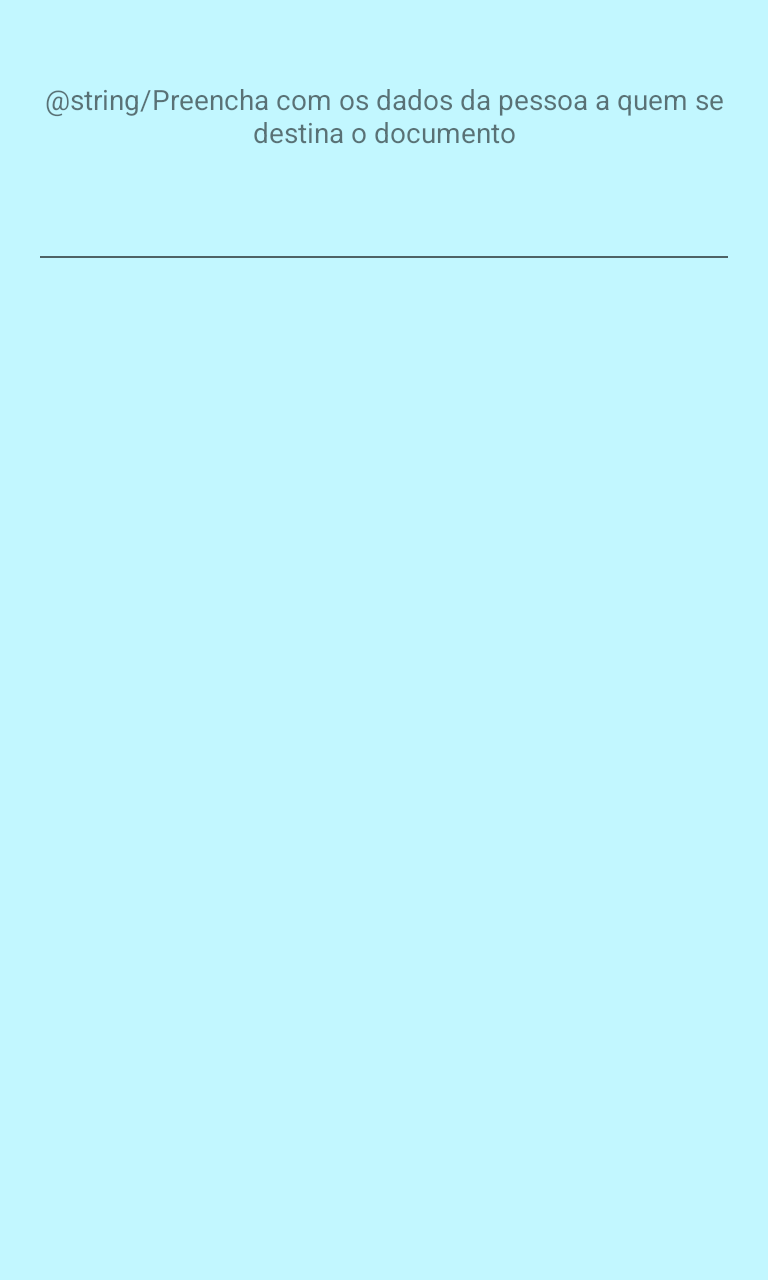
Repository: pdelfino/Projeto-livre
Layout: Protesto Livre/ProtestoLivre/res/layout/fragment_tela05.xml
The author's editor kept a copy of each file at every save. The layout is drawn from the files as they stood at one save, then again after the next save.
It is drawn on a 768 x 1280 px phone screen (xhdpi) without system bars, with theme AppTheme; the app's code is not run.

Above is the layout before, as saved 2014-05-29 00:04:41.

After the next save:
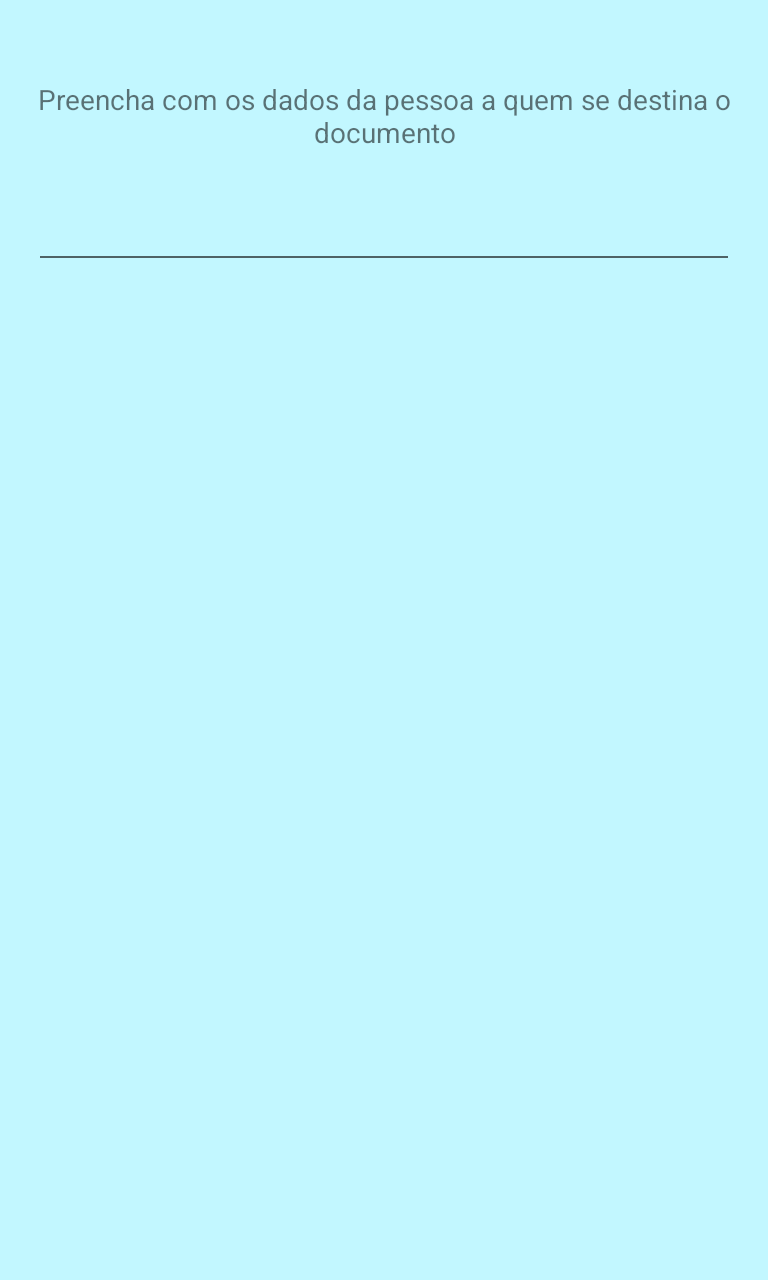
Saved 17 s later.
--- a/Protesto Livre/ProtestoLivre/res/layout/fragment_tela05.xml
+++ b/Protesto Livre/ProtestoLivre/res/layout/fragment_tela05.xml
@@ -17,7 +17,7 @@
         android:layout_centerHorizontal="true"
         android:layout_marginTop="24dp"
         android:gravity="center"
-        android:text="@string/Preencha com os dados da pessoa a quem se destina o documento" />
+        android:text="Preencha com os dados da pessoa a quem se destina o documento" />
 
     <EditText
         android:id="@+id/editText1"
